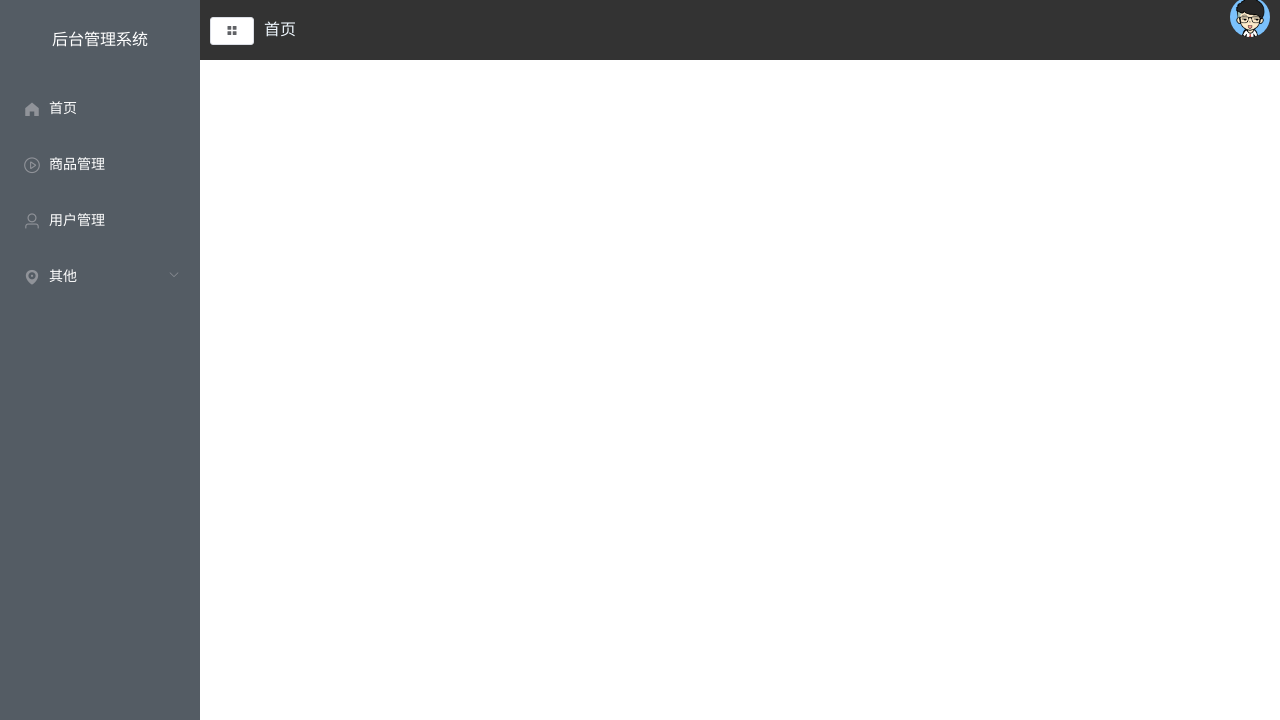
Repository: wuqu11/Management-system
Page: /
The author's editor kept a copy of each file at every save. The page is drawn from the files as they stood at one save, then again after the next save.
The browser window is 1280 px wide. The pictures show the whole page.
The project was rebuilt for these pictures with package versions that can differ from the ones it lists, and the page was loaded fresh each time. Also part of the build but not shown: vue.config.js, src/view/User.vue, src/view/Home.vue, src/view/Mall.vue, src/view/PageOne.vue, src/view/PageTwo.vue.

Above is the page before, as saved 2023-07-18 08:04:16.

### src/main.js
import Vue from 'vue'
import App from './App.vue'
import ElementUI from 'element-ui';
  // import element from 'element-ui';
import 'element-ui/lib/theme-chalk/index.css';
import router from '@/router';

Vue.use(router)
Vue.use(ElementUI)
// Vue.use(Button)
Vue.config.productionTip = false

new Vue({
  router,
  render: h => h(App),
}).$mount('#app')

### src/App.vue
<template>
  <div id="app">
    <!-- <el-row>
        <el-button>默认按钮</el-button>
        <el-button type="primary">主要按钮</el-button>
        <el-button type="success">成功按钮</el-button>
        <el-button type="info">信息按钮</el-button>
        <el-button type="warning">警告按钮</el-button>
        <el-button type="danger">危险按钮</el-button>
    </el-row> -->
    <router-view></router-view>
  </div>
</template>

<script>


export default {
  name: 'App',
}
</script>

<style lang='less'>
    html,body{
      margin: 0;
      padding: 0;
    }
</style>

### src/router/index.js
import VueRouter from "vue-router";
import Vue from "vue";
import User from '@/view/User.vue';
import Home from '@/view/Home.vue';
import Main from '@/view/Main.vue';
import Mall from '@/view/Mall.vue';
import PageOne from '@/view/PageOne.vue';
import PageTwo from '@/view/PageTwo.vue'

//1.创建路由组件
//2.路由组件的映射
//3.创建路由实例对象

Vue.use(VueRouter);
const routes = [
    { path: '/',
      component:Main ,

      children:[
        { path: 'home', component: Home },
        { path: 'user', component: User },
        { path: 'mall', component: Mall },
        { path: 'page1', component: PageOne },
        { path: 'page2', component: PageTwo },
      ]
    },
    {
      path:'*',
      redirect:'/home',
    }

  ]
 //先把VueRouter原型对象的push,先保存一份
let originPush = VueRouter.prototype.push;
let originReplce = VueRouter.prototype.replace;
//重写push|relace
//第一个参数:告诉原来push方法,你往哪里跳转(传递那些参数)
//第二个参数:成功回调
//第三个参数:失败回调
//call|apply区别
//相同点:都可以调用函数一次,都可以篡改函数的上下文一次
//不同点:call与apply传递参数,call传递参数用逗号隔开,apply方法执行,传递数组
VueRouter.prototype.push = function(location,resolve,reject){
    if(resolve && reject){
        originPush.call(this,location,resolve,reject)
    }else{
        originPush.call(this,location,()=>{},()=>{})
    }
};

VueRouter.prototype.replace = function(location,resolve,reject){
    if(resolve && reject){
        originReplce.call(this,location,resolve,reject)
    }else{
        originReplce.call(this,location,()=>{},()=>{})
    }
};

export default new VueRouter({
    routes // (缩写) 相当于 routes: routes
  })

### src/view/Main.vue
<template>
    <div>
        <el-container>
        <el-aside width="200px">
            <CommenSide />
        </el-aside>
        <el-container>
            <el-header class="el-header">
                <CommenHeader/>
            </el-header>
            <el-main>
                    <router-view></router-view>
            </el-main>
        </el-container>
        </el-container>
        <router-view></router-view>
    </div>
</template>

<script>
import CommenSide from '@/components/CommenSide.vue';
import CommenHeader from '@/components/CommenHeader.vue';
    export default {
        components:{CommenSide,CommenHeader}
    }
</script>

<style   scoped>
      .el-header {
    background-color: #B3C0D1;
    color: #111;
    line-height: 60px;
    padding: 0;
  }

  .el-aside {
    color: #333;
  }
</style>

### src/components/CommenSide.vue
<template>
    <div>

        <el-menu default-active="1-4-1" class="el-menu-vertical-demo" @open="handleOpen" @close="handleClose"
            :collapse="isCollapse" background-color="#545c64" text-color="#fff" active-text-color="#ffd04b">
             <h3>后台管理系统</h3>
            <el-menu-item  @click="clickMenu(item)" v-for="item in noChildren " :key='item.name' :index="item.name">
                <i :class='`el-icon-${item.icon}`'></i>
                <span slot="title">{{ item.label }}</span>
            </el-menu-item>
            <el-submenu  v-for="item in Children" :key='item.label' :index="item.label">
                <template slot="title">
                    <i :class='`el-icon-${item.icon}`'></i>
                    <span slot="title">{{ item.label }}</span>
                </template>
                <el-menu-item-group    v-for="subItem in item.children" :key="subItem.path">
                    <el-menu-item   @click="clickMenu(subItem)" :index="subItem.path">{{ subItem.label }}</el-menu-item>
                </el-menu-item-group>
            </el-submenu>

        </el-menu>
    </div>
</template>

<script>
export default {
    data() {
        return {
            isCollapse: false,
            menuDate: [{
                path: '/',
                name: 'home',
                label: '首页',
                icon: 's-home',
                url: 'Home/Home'
            },
            {
                path: '/mall',
                name: 'mall',
                label: '商品管理',
                icon: 'video-play',
                url: 'MallManage/MallManage'
            },
            {
                path: '/user',
                name: 'user',
                label: '用户管理',
                icon: 'user',
                url: 'UserManage/UserManage'
            },
            {
                label: '其他',
                icon: 'location',
                children: [
                    {
                        path: '/page1',
                        name: 'page1',
                        label: '页面1',
                        icon: 'setting',
                        url: 'Other/PageOne'
                    },
                    {
                        path: '/page2',
                        name: 'page2',
                        label: '页面2',
                        icon: 'setting',
                        url: 'Other/PageTwo'
                    }
                ]
            }]
        };
    },
    methods: {
        handleOpen(key, keyPath) {
            console.log(key, keyPath);
        },
        handleClose(key, keyPath) {
            console.log(key, keyPath);
        },
        clickMenu(item){
            console.log(item);
            this.$router.push(item.path)
        }
    },
    computed: {
        noChildren() {
            return this.menuDate.filter(item => !item.children)
        },
        Children() {
            return this.menuDate.filter(item => item.children)
        },

    },
}
</script>

<style lang='less' scoped>
    .el-menu-vertical-demo:not(.el-menu--collapse) {
        width: 200px;
        min-height: 400px;
    }
        .el-menu{
            height: 100vh;
            h3{
                color: #fff;
                text-align: center;
                line-height: 48px;
                font-size: 16px;
                font-weight: 400;
            }
        }

</style>

### src/components/CommenHeader.vue
<template>
    <div>
        <div class="header-container">
            <div class="l-container">
                <el-button icon="el-icon-menu" size="mini"></el-button>
                <span class="text">首页</span>
            </div>
            <div class="r-container">
                <el-dropdown>
                    <span class="el-dropdown-link">
                        <img src="../assets/images/user.png" alt="" class="user">
                    </span>
                    <el-dropdown-menu slot="dropdown">
                        <el-dropdown-item>个人中心</el-dropdown-item>
                        <el-dropdown-item>退出</el-dropdown-item>
                    </el-dropdown-menu>
                </el-dropdown>
            </div>
        </div>
    </div>
</template>

<script>
export default {

}
</script>

<style lang="less" scoped>
.header-container {
    height: 60px;
    background-color: #333;
    padding: 0 10px;
    display: flex;
    align-items: center;
    justify-content: space-between;

    .text {
        color: aliceblue;
        size: 14px;
        margin-left: 10px;
    }

    .r-container {
        .el-dropdown-link {
            .user {
                height: 40px;
                width: 40px;
                border-radius: 50%;
            }

        }
    }

}
</style>

Loaded but not shown: public/index.html (common file)

After the next save:
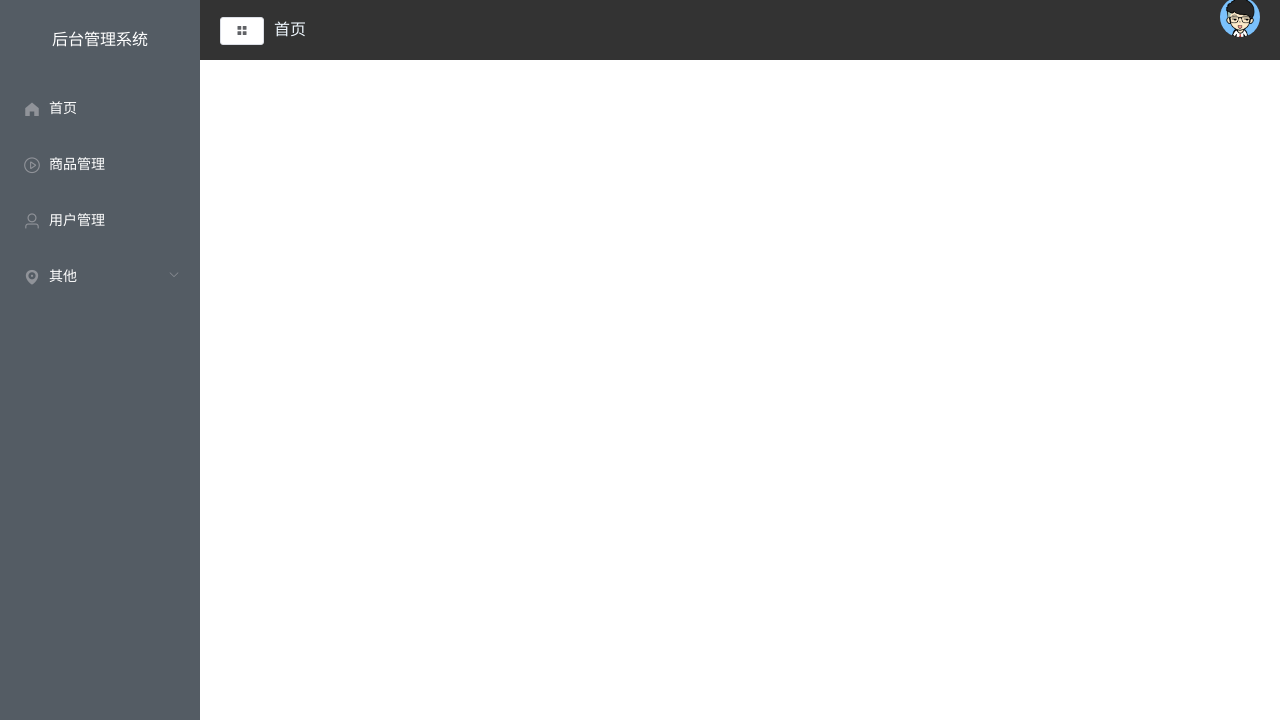
Saved 2 min 54 s later.
--- a/src/components/CommenHeader.vue
+++ b/src/components/CommenHeader.vue
@@ -30,7 +30,7 @@ export default {
 .header-container {
     height: 60px;
     background-color: #333;
-    padding: 0 10px;
+    padding: 0 20px;
     display: flex;
     align-items: center;
     justify-content: space-between;
